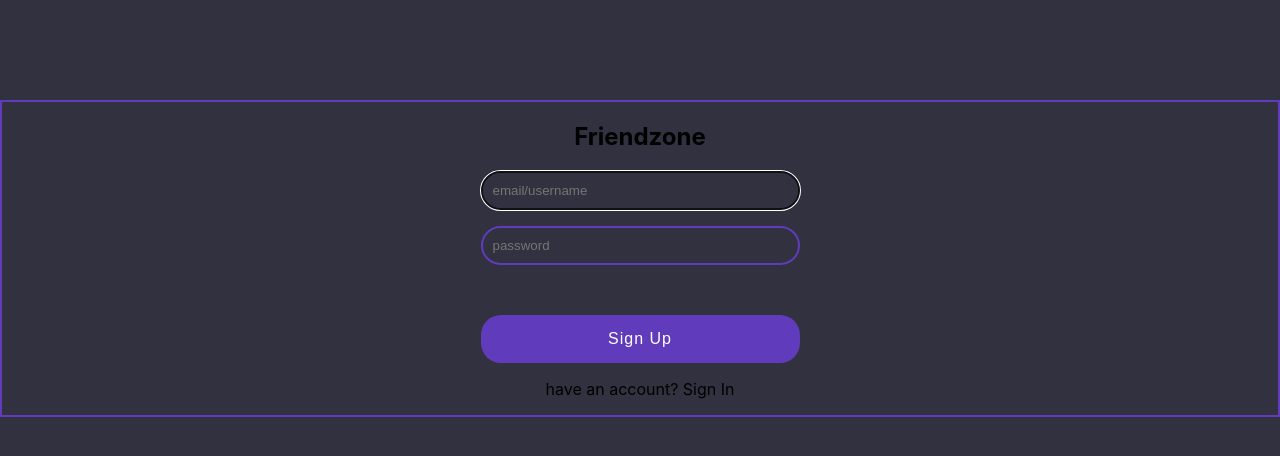
Repository: DerickT02/friend-zone
Page: /
An editor plug-in stored every save of this project. The page is shown before and after the next save, followed by the edit.
The browser window is 1280 px wide. The pictures show the whole page.
The project was rebuilt for these pictures with package versions that can differ from the ones it lists, and the page was loaded fresh each time. Also part of the build but not shown: src/Appreducer.js, src/GlobalState.js, src/Post.js, src/Homepage.js, src/fire.js.

Above is the page before, as saved 2021-07-07 07:52:12.

### src/index.js
import React from 'react';
import ReactDOM from 'react-dom';
import './index.css';
import App from './App';


ReactDOM.render(

    <App />,
  document.getElementById('root')
);

// If you want to start measuring performance in your app, pass a function
// to log results (for example: reportWebVitals(console.log))
// or send to an analytics endpoint. Learn more: https://bit.ly/CRA-vitals

### src/index.css
body {
  margin: 0;
  font-family: -apple-system, BlinkMacSystemFont, 'Segoe UI', 'Roboto', 'Oxygen',
    'Ubuntu', 'Cantarell', 'Fira Sans', 'Droid Sans', 'Helvetica Neue',
    sans-serif;
  -webkit-font-smoothing: antialiased;
  -moz-osx-font-smoothing: grayscale;
  background-color: rgb(49, 49, 63);

}

code {
  font-family: source-code-pro, Menlo, Monaco, Consolas, 'Courier New',
    monospace;
}

### src/App.js
import React, { Component, useState, useEffect } from 'react'
import { BrowserRouter, Switch, Link, Route, Redirect, Router} from 'react-router-dom'
import Login from './Login'
import Homepage from './Homepage'
import './App.css'

import fire from './fire'
import GlobalProvider from './GlobalState'

function App() {
  const [user, setUser] = useState('')
  const [email, setEmail] = useState('')
  const [password, setPassword] = useState('')
  const [emailError, setEmailError] = useState('')
  const [passwordError, setPasswordError] = useState('')
  const [hasAccount, setHasAccount] = useState(false)

const clearInputs = () => {
  setEmail('')
  setPassword('')
}

const clearErrors = () => {
  setEmailError('');
  setPasswordError('')
}

const handleLogin = () => {
  clearErrors()
  fire
  .auth()
  .signInWithEmailAndPassword(email, password)
  .catch(err => {
      switch(err.code){
          case 'auth/invalid-email':
          case 'auth/user-disabled':
          case 'auth/user-not-found':
              setEmailError(err.message)
              break;
          case 'auth/wrong-password':
              setPasswordError(err.message)
              break
      }
  })
}

const handleSignup = () => {
  clearErrors()
  fire
  .auth()
  .createUserWithEmailAndPassword(email, password)
  .catch(err => {
      switch(err.code){
          case 'auth/email-already-in-use':
          case 'auth/invalid-email':
          setEmailError(err.message);
          break;

          case 'auth/weak-password':
          setPasswordError(err.message)
      }
  })
}

const handleLogout = () => {
  fire
  .auth()
  .signOut()
}

const authListener = () => {
  fire.auth().onAuthStateChanged((user) => {
    if(user){
      clearInputs()
      setUser(user)
    }
    else {
        setUser('')
    }
  })
}

useEffect(() => {
  authListener()
}, [])

  return (
    <div className="App">
    {user ? (
      <BrowserRouter>
      <GlobalProvider>
      <Switch>
        <Route exact path = '/'><Redirect to = "/homepage"/></Route>
        <Route exact path = '/homepage'><Homepage handleLogout = {handleLogout}/></Route>
      </Switch>
      </GlobalProvider>
     </BrowserRouter>
    ) : (

      <BrowserRouter>
      <Switch>
      <Route exact path = '/homepage'><Redirect to = "/" /></Route>
        <Route><Login email = {email}
            setEmail = {setEmail}
            password = {password}
            setPassword={setPassword}
            handleLogin={handleLogin}
            handleSignup={handleSignup}
            hasAccount={hasAccount}
            setHasAccount={setHasAccount}
            emailError={emailError}
            passwordError={passwordError} /></Route>
      </Switch>
      </BrowserRouter>
    )}

    </div>
  );
}

export default App;

### src/Login.js
import React, { Component, useState, useEffect } from 'react'
import './Login.css'
import {Link} from 'react-router-dom'

const Login = (props) => {
    const {email, setEmail, password, setPassword, handleLogin, handleSignup, hasAccount, setHasAccount, emailError, passwordError} = props
    return (
        <section className = "login">
        <div className="loginContainer" >

<h1>Friendzone</h1>


<input placeholder = 'email/username' type ="text" autoFocus required value = {email} onChange={(e) => setEmail(e.target.value)}/>
<p className ="errorMsg">{emailError}</p>

<input placeholder = 'password' type ="password" required value = {password} onChange={(e) => setPassword(e.target.value)} />
<p className = "errorMsg">{passwordError}</p>
<div className="btnContainer">

    {hasAccount ? (
        <div>
       <button type = "submit" onClick = {handleLogin}>Sign in</button>
        <p>Don't have an account? <span onClick ={() => setHasAccount(!hasAccount)}>Sign Up</span></p>
        </div>
    ):(
        <div>
        <button type = "submit" onClick={handleSignup}>Sign Up</button>
        <p>have an account? <span onClick = {() => setHasAccount(!hasAccount)}>Sign In</span></p>
        </div>
    )}

</div>
</div>
</section>





    )
}


export default Login

### src/Login.css
* {
  box-sizing: border-box;
}


.login .loginContainer {
  margin-top: 100px;
  border: 2px solid #603bbb;
}

.login .loginContainer input {
  border: 2px solid #603bbb;
  width: 25%;
  padding: 10px;
  background-color: rgb(49, 49, 63);
  border-radius: 20px;
  color: white;
}




.btnContainer {
  margin-top: 50px;
}


.btnContainer button {
  border: none;
  border-radius: 20px;
  outline: none;
  width: 25%;
  padding: 15px 0;
  color: #fff;
  font-size: 16px;
  letter-spacing: 1px;
  background: #603bbb;
  cursor: pointer;
}

Loaded but not shown: public/index.html (common file); src/App.css (common file)

After the next save:
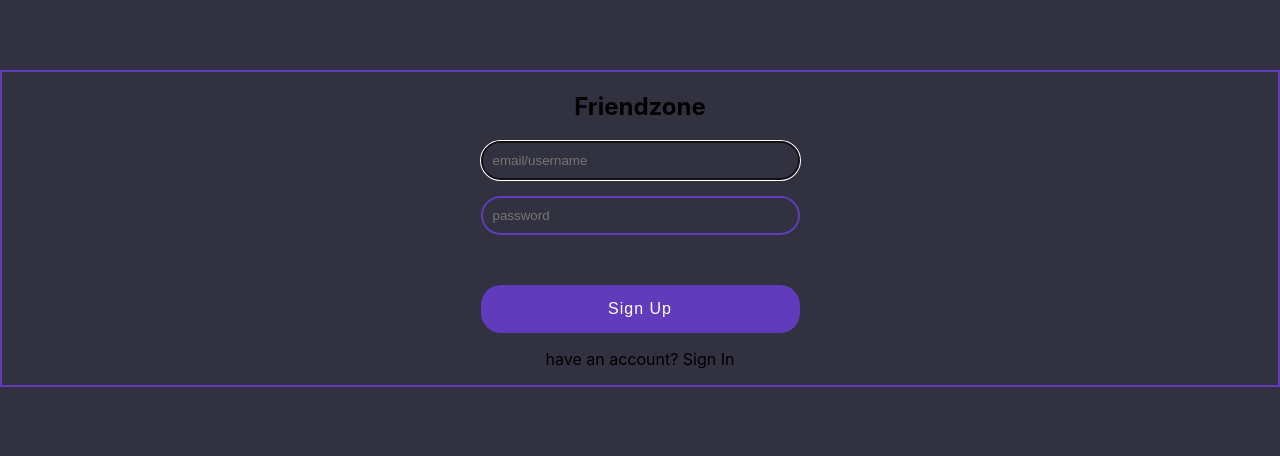
Saved 7 s later.
--- a/src/Login.css
+++ b/src/Login.css
@@ -4,7 +4,7 @@
 
 
 .login .loginContainer {
-  margin-top: 100px;
+  margin-top: 70px;
   border: 2px solid #603bbb;
 }
 
